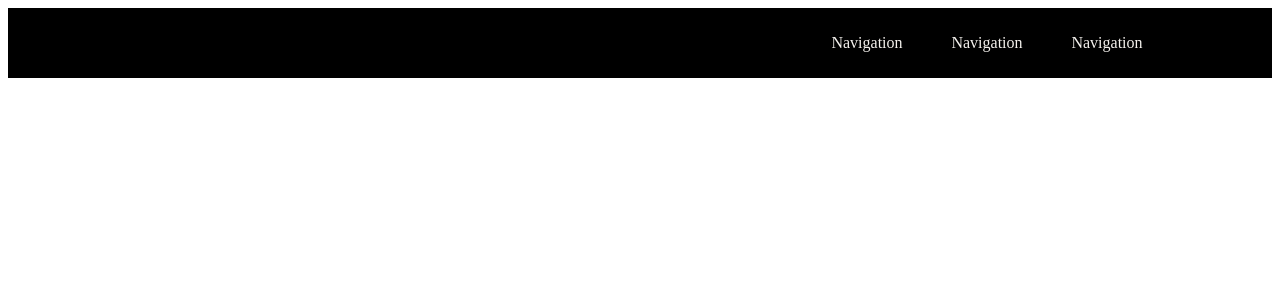
Repository: piotrokrutniak/Projekt-Studia
Page: index.html
An editor plug-in stored every save of this project. The page is shown before and after the next save, followed by the edit.
The browser window is 1280 px wide. The pictures show the whole page.

Above is the page before, as saved 2023-03-04 02:57:49.

### index.html
<!DOCTYPE html>
<head>
    <meta charset="UTF-8" />
    <meta http-equiv="X-UA-Compatible" content="IE=edge" />
    <meta name="viewport" content="width=device-width, initial-scale=1.0" />
    <link rel="stylesheet" type="text/css" href="styles.css" />
    <title>Website Title</title>
</head>
<body>
    <div class="navbar-container">
        <div class="navbar">
            <div class="logo">
                <div class="logo-contents">
                    WebsiteLogo
                </div>
            </div>
            <div class="navigation">
                <a href="/index" class="navigation-link">
                    <div class="navigation-button">
                        Navigation
                    </div>
                </a>
                <a href="/index" class="navigation-link">
                    <div class="navigation-button">
                        Navigation
                    </div>
                </a>
                <a href="/index" class="navigation-link">
                    <div class="navigation-button">
                        Navigation
                    </div>
                </a>
            </div>
        </div>
    </div>
</body>

### styles.css
.navbar-container{
    width: 100%;
    height: 70px;
    background: black;
    position: sticky;
    top: 0;
}

.navbar{
    position: relative;
    max-width: 1024px;
    min-width: 328px;
    top: 0px;
    margin: auto;
    display: flex;
    flex-direction:row;
    justify-content: space-between;
    top: 50%;
    -ms-transform: translateY(-50%);
    transform: translateY(-50%);

}

a{
    text-decoration: none;
    color:rgba(245, 242, 238);
}

.navigation{
    display: grid;
    grid-template-columns: 90px 90px 90px;
    grid-gap: 30px;
}

.navigation-link{
    position: relative;
    height: 40px;

    border-radius: 5px;
}

.navigation-link:hover{
    border-bottom: 2px solid;
    border-color: aqua;

}

.navigation-button{
    text-align: center;
    position: relative;
    top: 50%;
    -ms-transform: translateY(-50%);
    transform: translateY(-50%);
}

.logo{
    position: relative;
    height: 40px;
    padding-left: 20px;
    padding-right: 20px;
}

.logo-contents{
    text-align: center;
    position: relative;
    top: 50%;
    -ms-transform: translateY(-50%);
    transform: translateY(-50%);
}

After the next save:
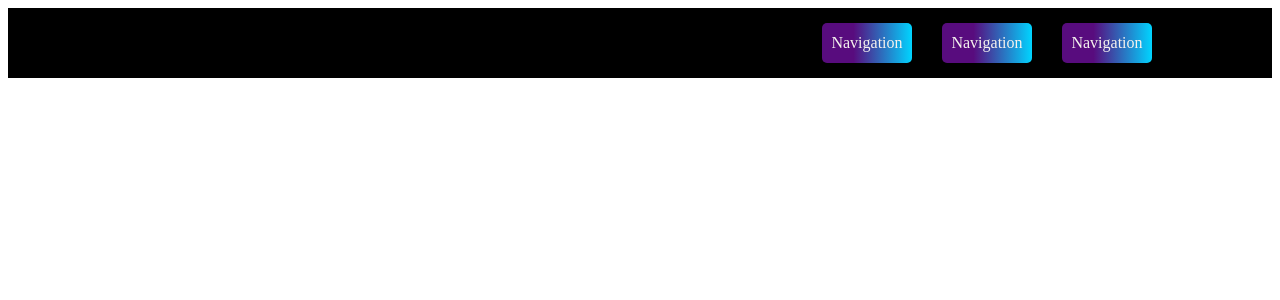
Saved 2 min 0 s later.
--- a/styles.css
+++ b/styles.css
@@ -35,7 +35,7 @@ a{
 .navigation-link{
     position: relative;
     height: 40px;
-
+    background: linear-gradient(90deg, rgba(88,12,126,1) 35%, rgba(0,212,255,1) 100%);
     border-radius: 5px;
 }
 
